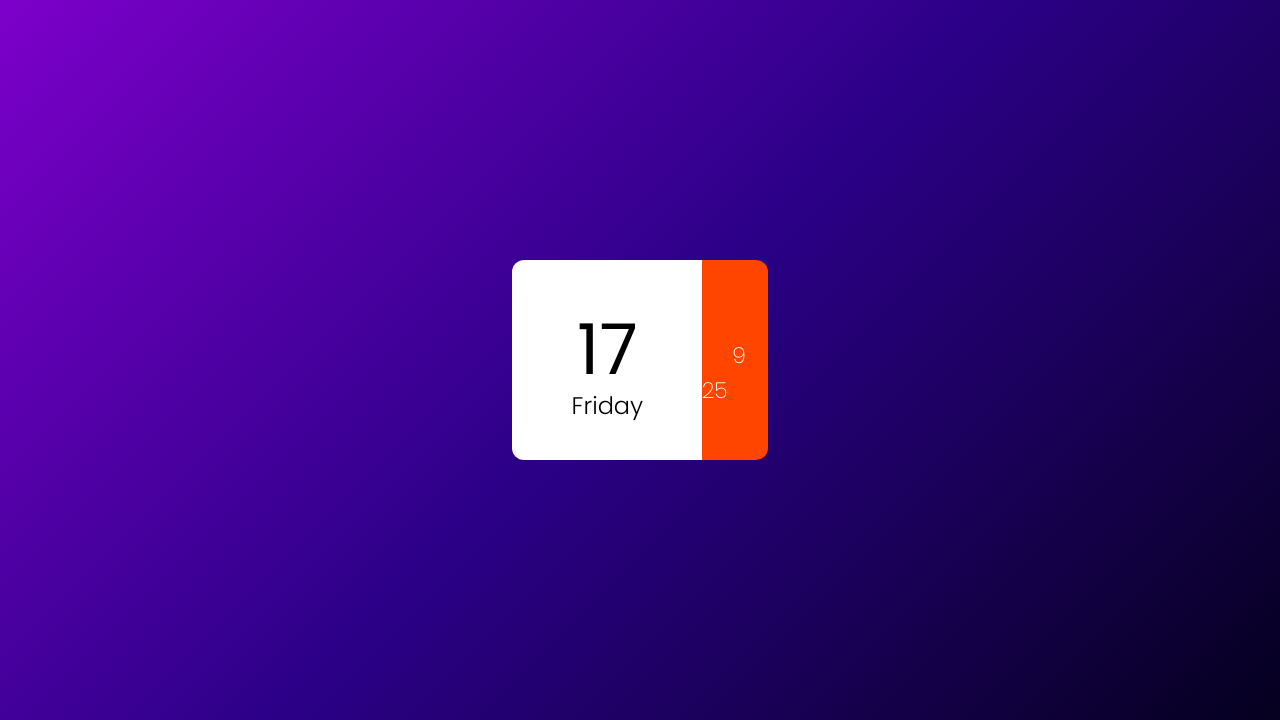
Repository: Ankitkr2021/Calendar
Page: index.html
An editor plug-in stored every save of this project. The page is shown before and after the next save, followed by the edit.
The browser window is 1280 px wide. The pictures show the whole page.

Above is the page before, as saved 2025-10-17 19:52:46.

After the next save:
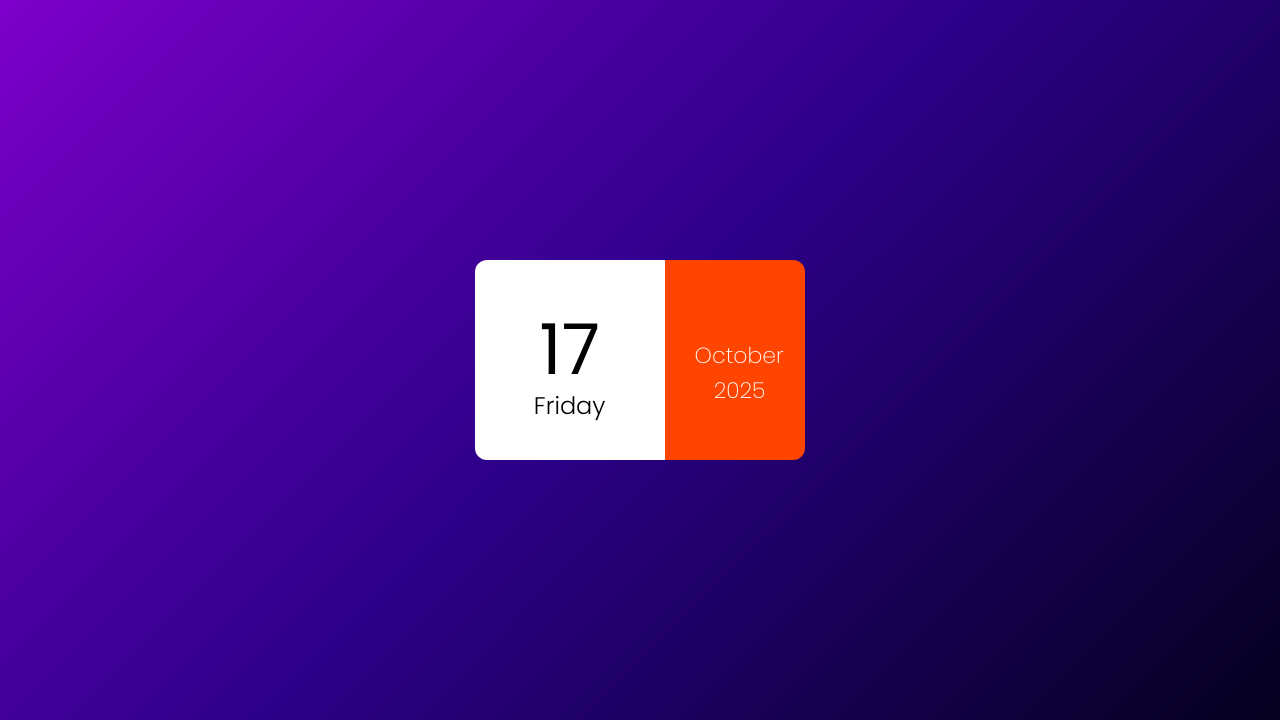
Saved 77 s later.
--- a/main.js
+++ b/main.js
@@ -8,7 +8,8 @@ const today = new Date();
 console.log(today);
 
 const days = ["Sunday", "Monday", "Tuesday", "Wednesday", "Thursday", "Friday", "Saturday"];
+const month = ["January", "February","March","April","May","June","July","August","September","October","November", "December"];
 
 din.innerHTML = today.getDate();
 day.innerHTML = days[today.getDay()];
-mon.innerHTML = today.getMonth();
+mon.innerHTML = month[today.getMonth()];
